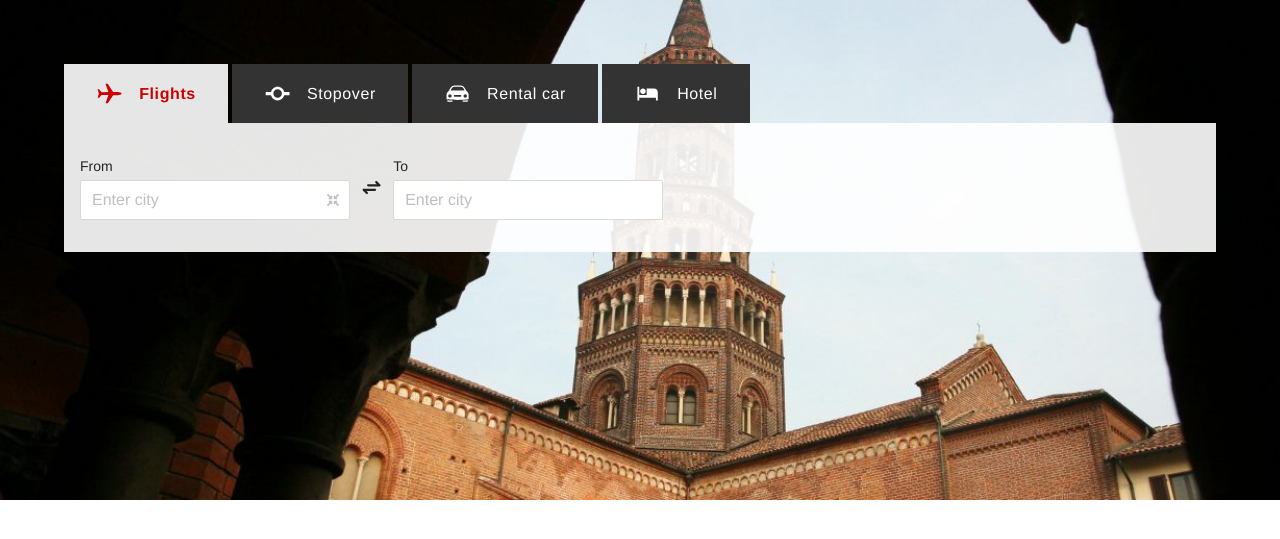
Repository: guidogr95/Everymundo-Excercise
Page: /
An editor plug-in stored every save of this project. The page is shown before and after the next save, followed by the edit.
The browser window is 1280 px wide. The pictures show the whole page.
The project was rebuilt for these pictures with package versions that can differ from the ones it lists, and the page was loaded fresh each time. Also part of the build but not shown: src/components/CustomSpin/customspin.scss.

Above is the page before, as saved 2021-07-01 17:09:16.

### src/App.jsx
// utils
import {
  QueryClient,
  QueryClientProvider,
} from 'react-query'
// styles
import 'antd/dist/antd.css';
import './app.scss';
// components
import BookingMask from 'src/components/BookingMask'

const queryClient = new QueryClient({
  defaultOptions: {
    queries: {
      refetchOnWindowFocus: false,
    },
  },
})

function App() {
  return (
    <QueryClientProvider client={queryClient}>
      <div className="App">
        <div className="flightmanager-container container" >
          <BookingMask />
        </div>
      </div>
    </QueryClientProvider>
  );
}

export default App;

### src/app.scss
@import 'styles/global';

.App {
  .container {
    width: $desktop-maxwidth;
    max-width: 100%;
  }
  .flightmanager-container {
    background: url('./assets/images/bg.jpg');
    background-size: cover;
    background-position: center;
    min-height: 500px;
    margin: auto;
    padding: 4rem;
  }
}

### src/components/BookingMask/index.jsx
import { useState } from 'react'
// styles
import './bookingmask.scss'
// assets
import { IoIosAirplane, IoMdGitCommit, IoIosCar, IoMdBed } from 'react-icons/io'
// components
import EmptyTab from './EmptyTab'
import FlightsTab from './FlightsTab'

const BookingMask = () => {
  const tabs = [
    {
      name: 'Flights',
      icon: <IoIosAirplane />,
      component: <FlightsTab />
    },
    {
      name: 'Stopover',
      icon: <IoMdGitCommit />,
      component: <EmptyTab />
    },
    {
      name: 'Rental car',
      icon: <IoIosCar />,
      component: <EmptyTab />
    },
    {
      name: 'Hotel',
      icon: <IoMdBed />,
      component: <EmptyTab />
    }
  ]

  const [activeTab, setActiveTab] = useState(tabs[0].name)
  const handleTab = name => setActiveTab(name)

  return (
    <section className="bookingmask" >
      <ul className="bookingmask__nav" >
        {tabs.map(tab =>
          <button
            className={activeTab === tab.name ? 'active' : ''}
            onClick={() => handleTab(tab.name)}
            key={tab.name}
          >
            {tab.icon}<span>{tab.name}</span>
          </button>
        )}
      </ul>
      <div className="bookingmask__tabs-wrapper" >
          {tabs.map(tab =>
            <div
              key={tab.name}
              className={`bookingmask__tab${activeTab === tab.name ? ' active' : ''}`}
            >
              {tab.component}
            </div>
          )}
      </div>
    </section>
  )
}

export default BookingMask

### src/styles/_global.scss
@import 'variables';
@import 'mixins';

html,
body {
  position: relative;
  padding: 0;
  margin: 0;
  font-family: $font-family;
  -webkit-text-size-adjust: 100%;
  -webkit-font-smoothing: auto;
  -moz-font-smoothing: auto;
  -moz-osx-font-smoothing: auto;
  --antd-wave-shadow-color: #c00;
}
* {
  box-sizing: border-box;
}
ul {
  margin: 0;
  padding: 0;
}
button {
  border: none;
  cursor: pointer;
}
.ant-select {
  min-width: 270px;
}
.ant-select:not(.ant-select-disabled):hover .ant-select-selector,
.ant-select-focused:not(.ant-select-disabled).ant-select:not(.ant-select-customize-input) .ant-select-selector {
  border-color: $color-red !important;
}
body::-moz-selection,
body::selection {
  color: $color-red !important;
  background: $color-red !important;
}

### src/styles/_variables.scss
// measurements
$desktop-maxwidth: 90rem;
// colors
$color-red: #c00;
$color-gray: #333333;
$color-white: #fff;
// fonts
// font-family
$font-family: SwissText,Helvetica,Arial,sans-serif,LufthansaMamSymbolText;
// font-weight
$font-weight-medium: 700;
$font-weight-small: 300;
// font-size
$font-size-normal: 1rem;
$font-size-large: 1.7rem;
// line height
$line-height-medium: 2.2rem;
// letter spacing
$letter-spacing-small: .6px;

// tab variables
// colors
$color-active-tab-bg: hsla(0,0%,100%,.9);
// padding
$padding-tab-link: 1rem 2rem;
$padding-tab-content: 2rem 1rem;
// margin
$margin-tab-link: 0 0 0 .25rem;

### src/styles/_mixins.scss
// MIXINS
@mixin breakpoint($point) {
  @media (max-width: $point) {
    @content;
  }
}

### src/components/BookingMask/bookingmask.scss
@import '/src/styles/variables';
.bookingmask {
  &__nav {
    list-style: none;
    button {
      &:not(:first-of-type) {
        margin: $margin-tab-link;
      }
      color: $color-white;
      background: $color-gray;
      padding: $padding-tab-link;
      display: inline-flex;
      align-items: center;
      font-size: $font-size-normal;
      font-weight: $font-weight-small;
      letter-spacing: $letter-spacing-small;
      &.active {
        color: $color-red;
        font-weight: $font-weight-medium;
        background-color: $color-active-tab-bg;
      }
      svg {
        margin-right: 1rem;
        font-size: $font-size-large;
      }
    }
  }
  &__tabs-wrapper {
    position: relative;
  }
  &__tab {
    position: absolute;
    top: 0;
    left: 0;
    right: 0;
    padding: $padding-tab-content;
    background-color: $color-active-tab-bg;
    display: none;
    &.active {
      display: block;
    }
  }
}

### src/components/BookingMask/EmptyTab/index.jsx
const EmptyTab = () => {
  return (
    <div>
      some more stuff
    </div>
  )
}

export default EmptyTab

### src/components/BookingMask/FlightsTab/index.jsx
// assets
import { CgArrowsExchange } from 'react-icons/cg'
import { FaCompressArrowsAlt } from 'react-icons/fa'
// components
import { useRef } from 'react'
import AirportInput from './AirportInput'

import './flightstab.scss'

const FlightsTab = ({ name, activeTab }) => {

  const fromRef = useRef(null)
  const toRef = useRef(null)

  return (
    <div className="bookingmask__flight" >
      <div className="bookingmask__flight--geo" >
        <AirportInput
          ref={fromRef}
          label="From"
          placeholder="Enter city"
          id="fromInput"
          showArrow={true}
          suffixIcon={<FaCompressArrowsAlt/>}
          />
        <span className="separator" >
          <CgArrowsExchange/>
        </span>
        <AirportInput
          ref={toRef}
          label="To"
          placeholder="Enter city"
          id="toInput"
          showArrow={false}
        />
      </div>
    </div>
  )
}

export default FlightsTab

### src/components/BookingMask/FlightsTab/AirportInput/index.jsx
import { forwardRef, useCallback, useState, useMemo } from 'react'
// utils
import throttle from 'lodash/throttle'
import { Select } from 'antd'
// api
import { fetchAirports } from 'src/api/fetchers'
// components
import CustomSpin from 'src/components/CustomSpin'

import './airportinput.scss'

const { Option } = Select;

const AirportInput = forwardRef(({ placeholder, showArrow, suffixIcon, label, id }, ref) => {
  const [term, setTerm] = useState('')
  const [isLoading, setIsLoading] = useState(false)
  const [data, setData] = useState([])

  const throttledFetch = useMemo(
    async() =>
      throttle(val => {
        fetchAirports(val)
        .then((res) => setData(res.data || []))
        .catch(() => setData([]))
        .finally(() => {
          setIsLoading(false)
        })
      }, 2000),
    []
  )
  const handleSelect = useCallback(
    val => {
      setIsLoading(true)
      const innerVal = val || ''
      setTerm(innerVal)
      // fetching api accepts a min of 3 letters for search
      if (innerVal.length <= 2) {
        setData([])
        setIsLoading(false)
      } else {
        throttledFetch(val)
      }
    },
    [throttledFetch]
  )

  return (
    <div className="airportinput__wrapper" >
      {label && <label htmlFor={id} >{label}</label>}
      <Select
        showSearch
        allowClear
        id={id}
        ref={ref}
        placeholder={placeholder || 'Enter city'}
        value={term || undefined}
        onSearch={handleSelect}
        onChange={(val) => setTerm(val)}
        onClear={handleSelect}
        size='large'
        showArrow={showArrow}
        suffixIcon={suffixIcon}
        optionLabelProp='value'
        defaultActiveFirstOption={false}
        dropdownClassName="airportinput__dropdown"
        filterOption={false}
        notFoundContent={isLoading ? <CustomSpin size="medium"/> : null}
      >
        {data.length > 0
          ? data.map(airport =>
            <Option key={airport.iata} value={`${airport.city} - ${airport.iata}`} >
              <span>{airport.name}</span>
              <span>{airport.iata}</span>
              <span>{airport.country.name}</span>
            </Option>)
          : null
        }
      </Select>
    </div>
  )
})

export default AirportInput

### src/components/BookingMask/FlightsTab/flightstab.scss
@import '/src/styles/variables';
.bookingmask__flight {
  &--geo {
    display: flex;
    .separator {
      display: flex;
      align-items: center;
      font-size: $font-size-large;
      padding: 0 .5rem;
    }
  }
}

### src/api/fetchers.js
// utils
import axios from 'axios'

const apiUrl = 'https://airportnames.vercel.app/api'

const fetchAirports = (term) => axios.post(`${apiUrl}/getAirports`, { term })

export {
  fetchAirports
}

### src/components/CustomSpin/index.jsx
import { Spin } from 'antd'
import { LoadingOutlined } from '@ant-design/icons'

import './customspin.scss'

const antIcon = <LoadingOutlined className="customspin" spin />

const CustomSpin = (props) => <Spin indicator={antIcon} {...props} />

export default CustomSpin

### src/components/BookingMask/FlightsTab/AirportInput/airportinput.scss
.airportinput__dropdown {
  .ant-select-item-empty {
    text-align: center;
  }
  .ant-select-item-option-content {
    display: flex;
    flex-direction: column;
    span:nth-of-type(2) {
      font-weight: bold;
    }
  }
}
.airportinput__wrapper {
  display: flex;
  flex-direction: column;
  label {
    margin-bottom: .2rem;
  }
}

Loaded but not shown: public/index.html (common file); src/index.jsx (common file); src/reportWebVitals.js (common file)

After the next save:
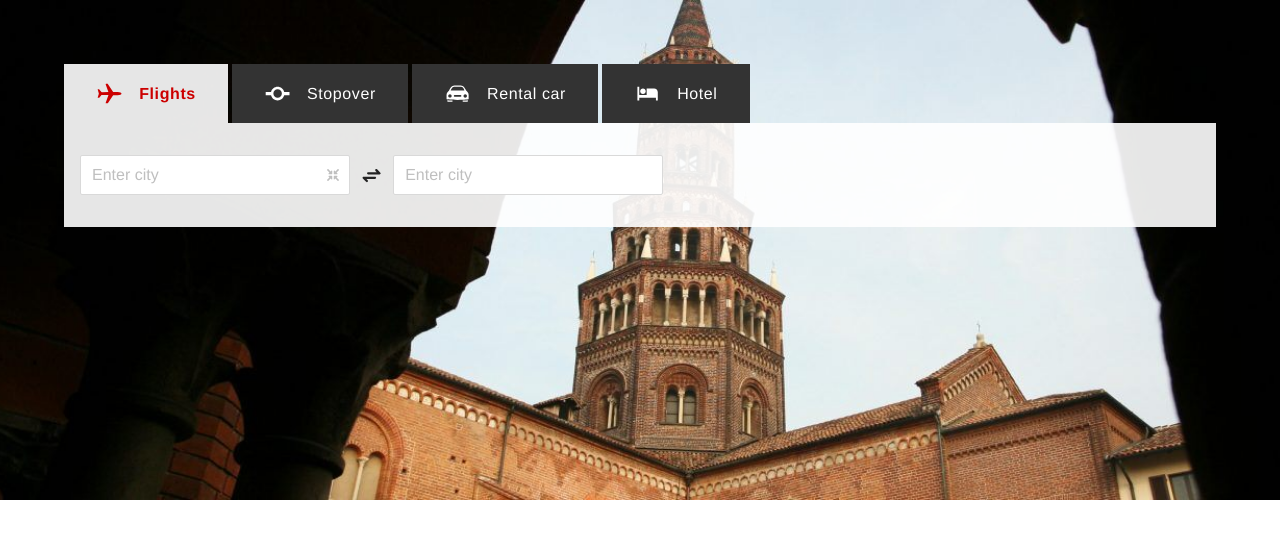
Saved 61 s later.
--- a/src/components/BookingMask/FlightsTab/AirportInput/airportinput.scss
+++ b/src/components/BookingMask/FlightsTab/AirportInput/airportinput.scss
@@ -13,7 +13,10 @@
 .airportinput__wrapper {
   display: flex;
   flex-direction: column;
+  position: relative;
   label {
-    margin-bottom: .2rem;
+    position: absolute;
+    left: 0;
+    bottom: .2rem;
   }
 }
